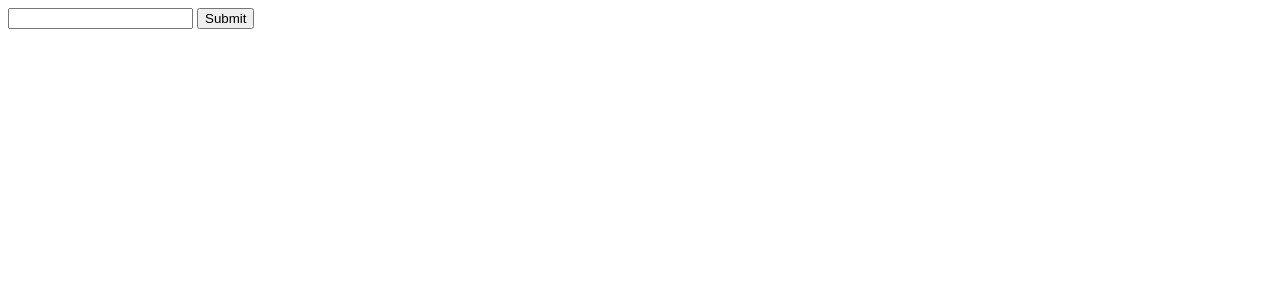
Repository: noemiepham/Backend-Web-Development
Page: Middlewares/public/index.html
An editor plug-in stored every save of this project. The page is shown before and after the next save, followed by the edit.
The browser window is 1280 px wide. The pictures show the whole page.

Above is the page before, as saved 2023-12-12 15:59:14.

After the next save:
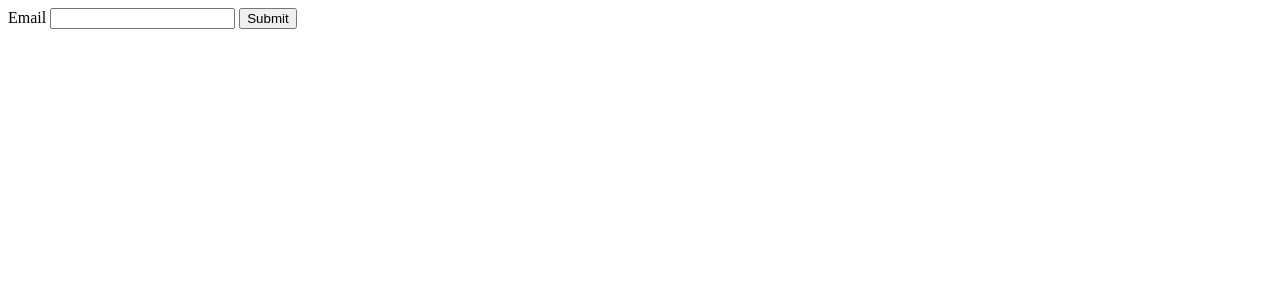
Saved 5 min 26 s later.
--- a/Middlewares/public/index.html
+++ b/Middlewares/public/index.html
@@ -9,8 +9,8 @@
 
 <body>
      <div class="form-group" action="submit" method="post">
-          <label for=""></label>
-          <input type="text" name="" id="" class="form-control" placeholder="" aria-describedby="helpId">
+          <label for="">Email</label>
+          <input type="email" name="" id="" />
           <button type="button">Submit</button>
      </div>
 </body>
